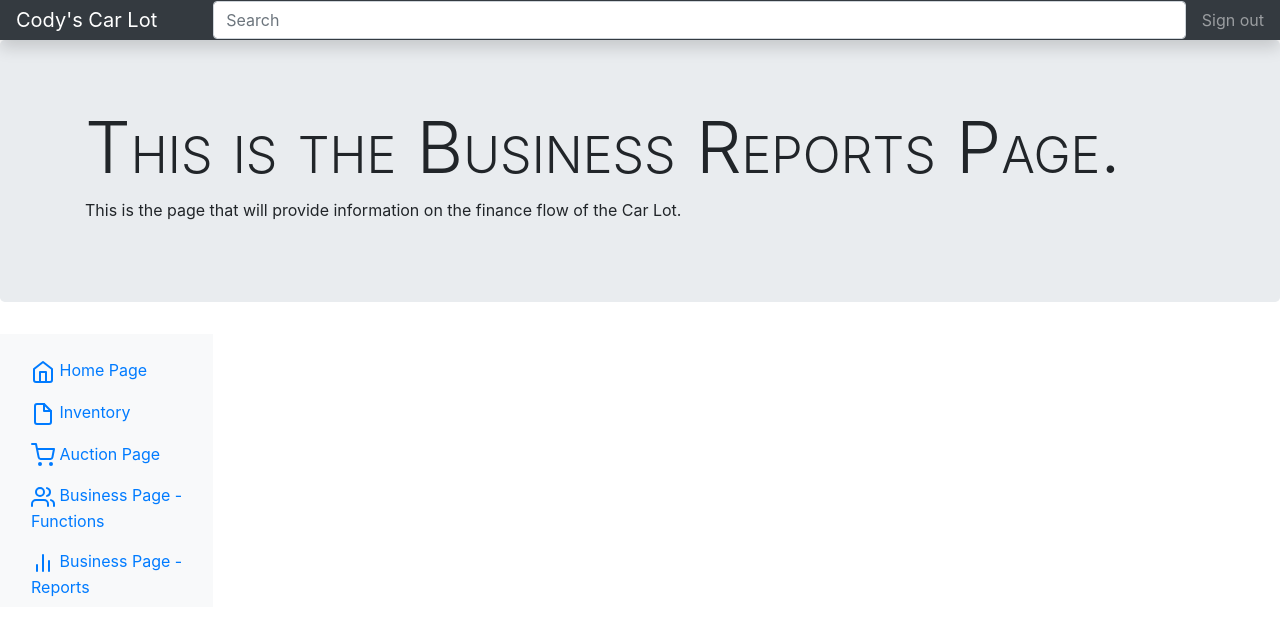
Repository: CodyHogge/CarDealershipProject
Page: http://localhost/CarDealershipProject/booted_reports.jsp
The author's editor kept a copy of each file at every save. The page is drawn from the files as they stood at one save, then again after the next save.
The browser window is 1280 px wide. The pictures show the whole page.
The page is served by Tomcat 9.

Above is the page before, as saved 2020-09-16 15:57:58.

After the next save:
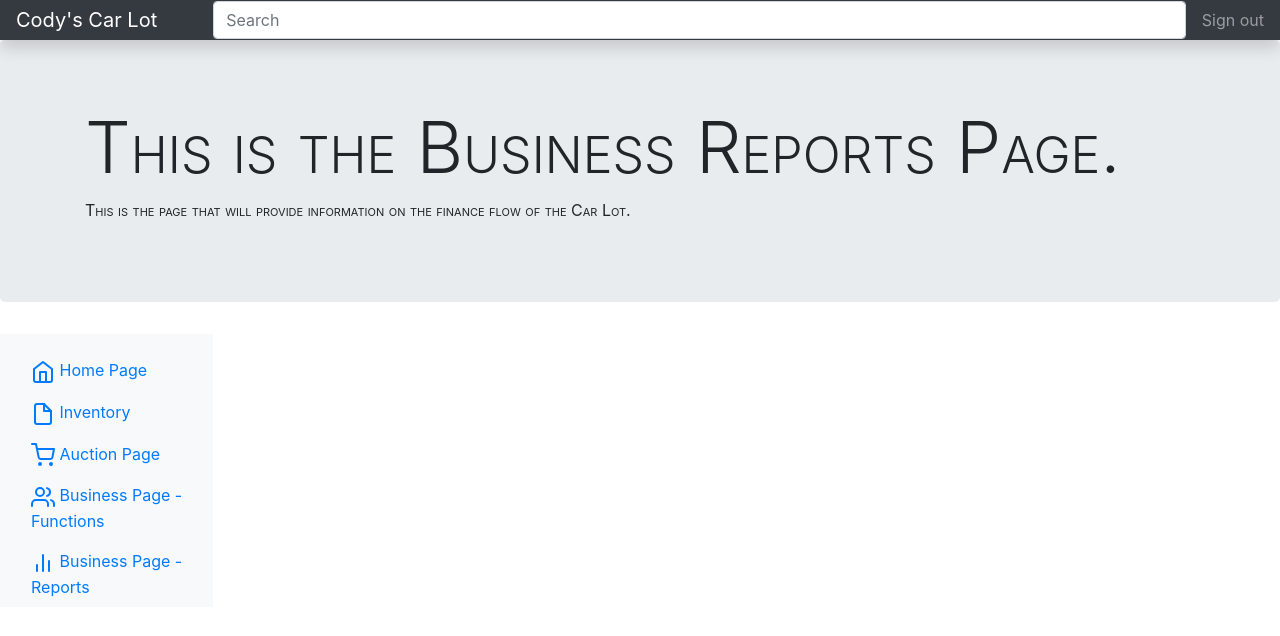
Saved 2 min 46 s later.
--- a/CarDealershipProject/WebContent/styles/styles.css
+++ b/CarDealershipProject/WebContent/styles/styles.css
@@ -48,6 +48,10 @@
 	font-variant: small-caps;
 }
 
-.display-3{
+.display-3 {
 	font-variant: small-caps !important;
 }
+
+.jumbotron {
+	font-variant: small-caps!important;
+}
